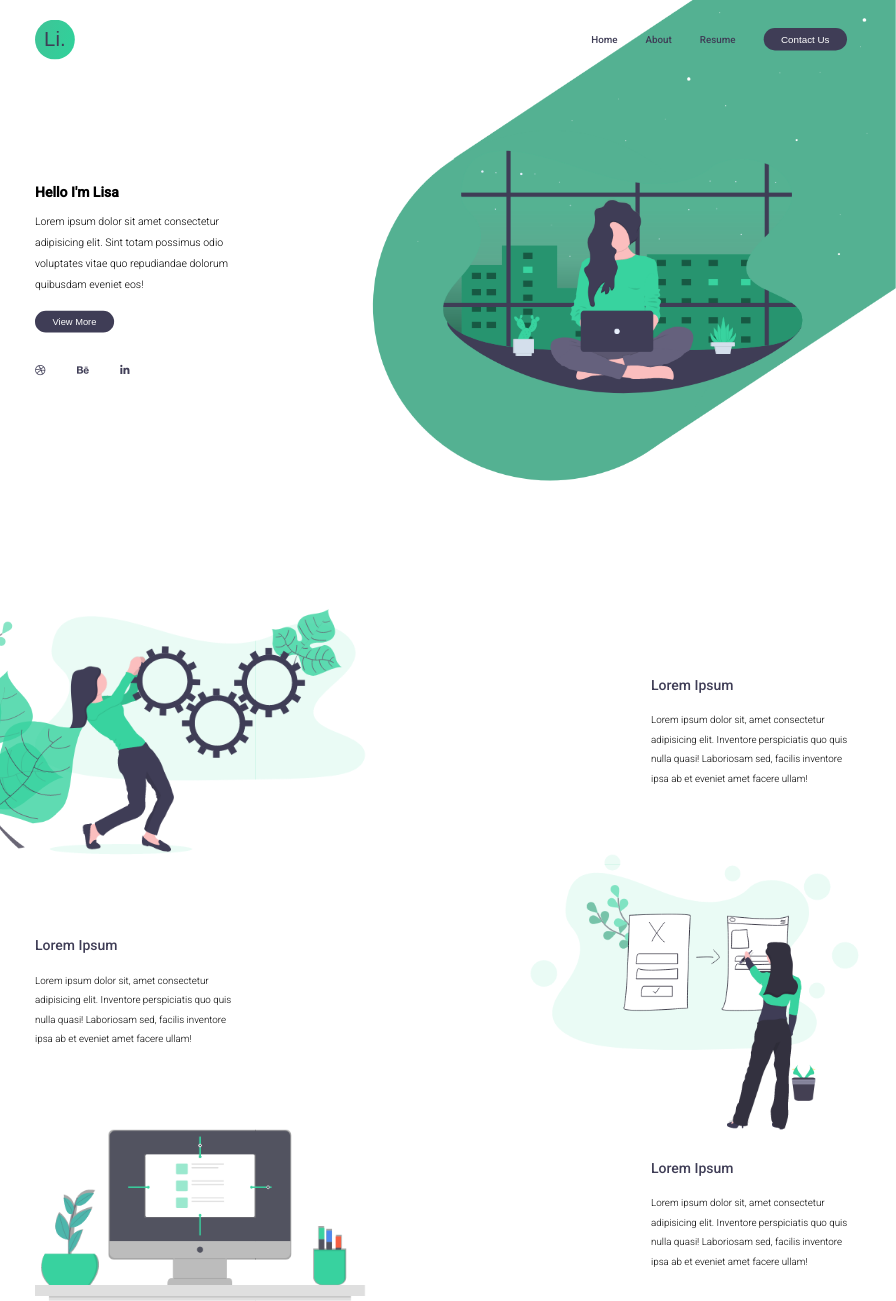
Repository: kebinh1235/porfolio-demo
Page: index.html
The author's editor kept a copy of each file at every save. The page is drawn from the files as they stood at one save, then again after the next save.
The browser window is 1280 px wide. The pictures show the whole page, at 70% of full size.
Some web libraries are served in a nearby version.

Above is the page before, as saved 2021-10-20 16:32:00.

### index.html
<!DOCTYPE html>
<html lang="en">
<head>
  <meta charset="UTF-8">
  <meta http-equiv="X-UA-Compatible" content="IE=edge">
  <meta name="viewport" content="width=device-width, initial-scale=1.0">
  <title>Document</title>
  <!--CSS-->
  <link rel="stylesheet" href="./css/style.css">
</head>
<body>
  <!-- header -->
  <header>
    <div class="container">
      <nav class="navbar">
        <!-- logo -->
        <div class="navbar__logo">
          <img src="./img/logo.svg" alt="Website logo">
        </div>
        <!-- links -->
        <ul class="navbar__list">
          <li class="navbar__item"><a href="#" class="navbar__link">Home</a></li>
          <li class="navbar__item"><a href="#" class="navbar__link">About</a></li>
          <li class="navbar__item"><a href="#" class="navbar__link">Resume</a></li>
          <!-- <li class="navbar__item"><a href="#" class="navbar__link btn navbar__mobile-active">Contact Us</a></li> -->
          <a href="#"><button class="btn navbar__btn">Contact Us</button></a>
        </ul>
        <!-- menu mobile -->
        <div class="navbar__icons">
          <div class="navbar__icon"></div>
        </div>
      </nav>
    </div>
  </header>
  <!-- banner -->
  <section id="banner">
    <div class="container">
      <!-- img -->
      <div class="banner__img">
        <img src="./img/banner-img.png" alt="Of Women">
      </div>
      <!-- heading -->
      <div class="banner__heading">
        <h1>Hello I'm Lisa</h1>
        <p>Lorem ipsum dolor sit amet consectetur adipisicing elit. Sint totam possimus odio voluptates vitae quo repudiandae dolorum quibusdam eveniet eos!</p>
        <a href="#"><button class="btn banner__btn">View More</button></a>
        <div class="banner__social">
          <a href="#"><i class="fab fa-dribbble"></i></a>
          <a href="#"><i class="fab fa-behance"></i></a>
          <a href="#"><i class="fab fa-linkedin-in"></i></a>
        </div>
      </div>
    </div>
  </section>
  <!-- thing to do -->
  <section id="things">
    <div class="container">
      <!-- decoration -->
      <div class="things__dec">
        <img src="./img/things-dec-l.png" alt="">
      </div>
      <div class="things__dec">
        <img src="./img/things-dec-r.png" alt="">
      </div>
      <!-- item 1 -->
      <div class="things__item">
        <!-- img -->
        <img src="./img/things-item-1.png" alt="Of Women">
        <!-- heading -->
        <div class="things__item-heading">
          <span>Lorem Ipsum</span>
          <p>Lorem ipsum dolor sit, amet consectetur adipisicing elit. Inventore perspiciatis quo quis nulla quasi! Laboriosam sed, facilis inventore ipsa ab et eveniet amet facere ullam!</p>
        </div>
      </div>
      <!-- item 2 -->
      <div class="things__item">
        <!-- img -->
        <img src="./img/things-item-2.png" alt="Of Women">
        <!-- heading -->
        <div class="things__item-heading">
          <span>Lorem Ipsum</span>
          <p>Lorem ipsum dolor sit, amet consectetur adipisicing elit. Inventore perspiciatis quo quis nulla quasi! Laboriosam sed, facilis inventore ipsa ab et eveniet amet facere ullam!</p>
        </div>
      </div>
      <!-- item 3 -->
      <div class="things__item">
        <!-- img -->
        <img src="./img/things-item-3.png" alt="Of Women">
        <!-- heading -->
        <div class="things__item-heading">
          <span>Lorem Ipsum</span>
          <p>Lorem ipsum dolor sit, amet consectetur adipisicing elit. Inventore perspiciatis quo quis nulla quasi! Laboriosam sed, facilis inventore ipsa ab et eveniet amet facere ullam!</p>
        </div>
      </div>

    </div>
  </section>
  <!--Font awesome-->
  <script src="https://kit.fontawesome.com/5d1e581bbe.js" crossorigin="anonymous"></script>
  <!--JS-->
  <script src="./js/main.js"></script>
</body>
</html>

### css/style.css
@import url('https://fonts.googleapis.com/css2?family=Roboto:wght@300;500&display=swap');
:root {
  --green: #54B192;
  --green-l: #A4CEC0;
  --gray: #3F3D56;
  --white: #fff;
  --smooth: all .3s linear;
}
* {
  margin: 0;
  padding: 0;
  box-sizing: border-box;
  list-style-type: none;
  text-decoration: none;
}
html {
  scroll-behavior: smooth;
  font-size: 62.5%;
}
body {
  font-family: "Roboto", sans-serif;
}
img {
  max-width: 100%;
  width: 100%;
}
.container {
  max-width: 1200px;
  width: 100%;
  margin: 0 auto;
  padding: 0 10px;
}
.btn {
  text-align: center;
  background: var(--gray);
  color: var(--white);
  padding: .8rem 2.5rem;
  border: none;
  border-radius: 100px;
  cursor: pointer;
  transition: var(--smooth);
}
.btn:hover {
  background: var(--green-l);
  transition: var(--smooth);
}
/*header*/
header {
  position: fixed;
  width: 100%;
}
.navbar {
  display: flex;
  justify-content: space-between;
  align-items: center;
  padding: 20px 0;
}
.navbar__logo {
  width: 57px;
  height: 57px;
  object-fit: cover;
}
.navbar__logo img {
  width: 100%;
}
.navbar__list{
  position: fixed;
  top: 0;
  left: 0;
  bottom: 0;
  background: var(--gray);
  width: 60%;
  max-width: 100%;
  transform: translateX(-100%);
  opacity: 0;
  transition: var(--smooth);
  z-index: 10;
}
.navbar__list.navbar__open {
  transform: translateX(0);
  opacity: 1;
}
.navbar__link{
  padding: 20px;
  font-size: 1.4rem;
  display: block;
  color: var(--white);
}
.navbar__link:hover {
  color: var(--green);
  transition: var(--smooth);
}
.navbar__btn{
  font-size: 1.4rem;
  margin: 20px;
  background: var(--green);
}
/*Menu icon*/
.navbar__icons{
  display: flex;
  justify-content: center;
  align-items: center;
  width: 50px;
  height: 50px;
  cursor: pointer;
  transition: var(--smooth);
  z-index: 10;
}
.navbar__icon{
  width: 40px;
  height: 6px;
  border-radius: 5px;
  background: var(--gray);
  position: relative;
  transition: var(--smooth);
}
.navbar__icon:before,
.navbar__icon:after {
  content: '';
  position: absolute;
  width: 40px;
  height: 6px;
  border-radius: 5px;
  background: var(--gray);
  transition: var(--smooth);
}
.navbar__icon:before {
  transform: translateY(-12px)
}
.navbar__icon:after {
  transform: translateY(12px)
}
/* menu icon animation */
.open .navbar__icon {
  transform: translateX(-50px);
  background: transparent;
}
.open .navbar__icon:before {
  transform: rotate(45deg) translate(35px, -35px);
}
.open .navbar__icon:after {
  transform: rotate(-45deg) translate(35px, 35px);
}
@media screen and (min-width: 992px) {
  .navbar__list {
    display: flex;
    justify-content: flex-end;
    align-items: center;
    transform: translateX(0);
    position: initial;
    opacity: 1;
    background: transparent;
  }
  .navbar__link {
    color: var(--gray);
  }
  .navbar__btn {
    background: var(--gray);
  }
  .navbar__icons {
    display: none;
  }
}

/* banner */
#banner {
  position: relative;
  height: 100vh;
  display: flex;
  align-items: center;
}
.banner__img {
  position: absolute;
  top: 0;
  right: 0;
  z-index: -1;
}
.banner__heading {
  max-width: 300px;
  margin: 0 auto;
  text-align: center;
}
.banner__heading h1 {
  font-size: 2rem;
  padding-top: 4em;
  margin-bottom: .8em;
}
.banner__heading p {
  font-weight: 300;
  line-height: 2em;
  margin-bottom: 1.5em;
  font-size: 1.5rem;
}
.banner__social {
  display: flex;
  align-items: center;
  justify-content: space-evenly;
  margin-top: 3em;
  font-size: 1.5rem;
}
.banner__social a {
  color: var(--gray);
  transition: var(--smooth);
}
.banner__social a:hover {
  color: var(--green-l);
}

@media (min-width: 992px) {
    .banner__img {
      width: 60%;
    }
    .banner__heading {
      text-align: initial;
      margin: 0;
      padding-top: 0;
    }
    .banner__social {
      justify-content: flex-start;
    }
    .banner__social a {
      margin-right: 45px;
    }
}

/* thing to do */
#things {
  position: relative;
  overflow-x: hidden;
  margin-top: 15em;
}
.things__dec {
  position: absolute;
  top: 0;
  left: 0;
  transform: translateX(-60%);
  z-index: -1;
}
.things__item span {
  display: block;
  text-align: center;
  color: var(--gray);
  margin-bottom: .5em;
  font-size: 2rem;
}
.things__item {
  margin: 3em 0;
}
.things__item img {
  padding-bottom: 4em;
}
.things__item--heading {
  text-align: center;
  color: var(--gray);
}
.things__item-heading p {
  max-width: 300px;
  font-weight: 300;
  line-height: 2em;
  margin: 0 auto;
  padding-top: 1em;
  font-size: 1.4rem;
}

@media (min-width: 992px) {
  .things__item {
    display: flex;
    justify-content: space-between;
    align-items: center;
    margin: 0;
  }
  .things__item img {
    width: 40%;
    padding: 0;
  }
  .things__item--heading {
    width: 45%;
    text-align: initial;
  }
  .things__item span {
    text-align: initial;
  }
  .things__item--heading p {
    max-width: 500px;
    margin: 0;
  }
  .things__item:nth-child(even) img {
    order: 2;
    width: 40%;
    padding-bottom: 0;
  }
  .things__item--heading:nth-child(even) {
    order: 1;
    width: 45%;
    text-align: initial;
  }
}

### js/main.js
const menu = document.querySelector('.navbar__list');
const menuIcon = document.querySelector('.navbar__icons')

menuIcon.addEventListener('click', () =>{
  menu.classList.toggle('navbar__open');
  menuIcon.classList.toggle('open');
})

After the next save:
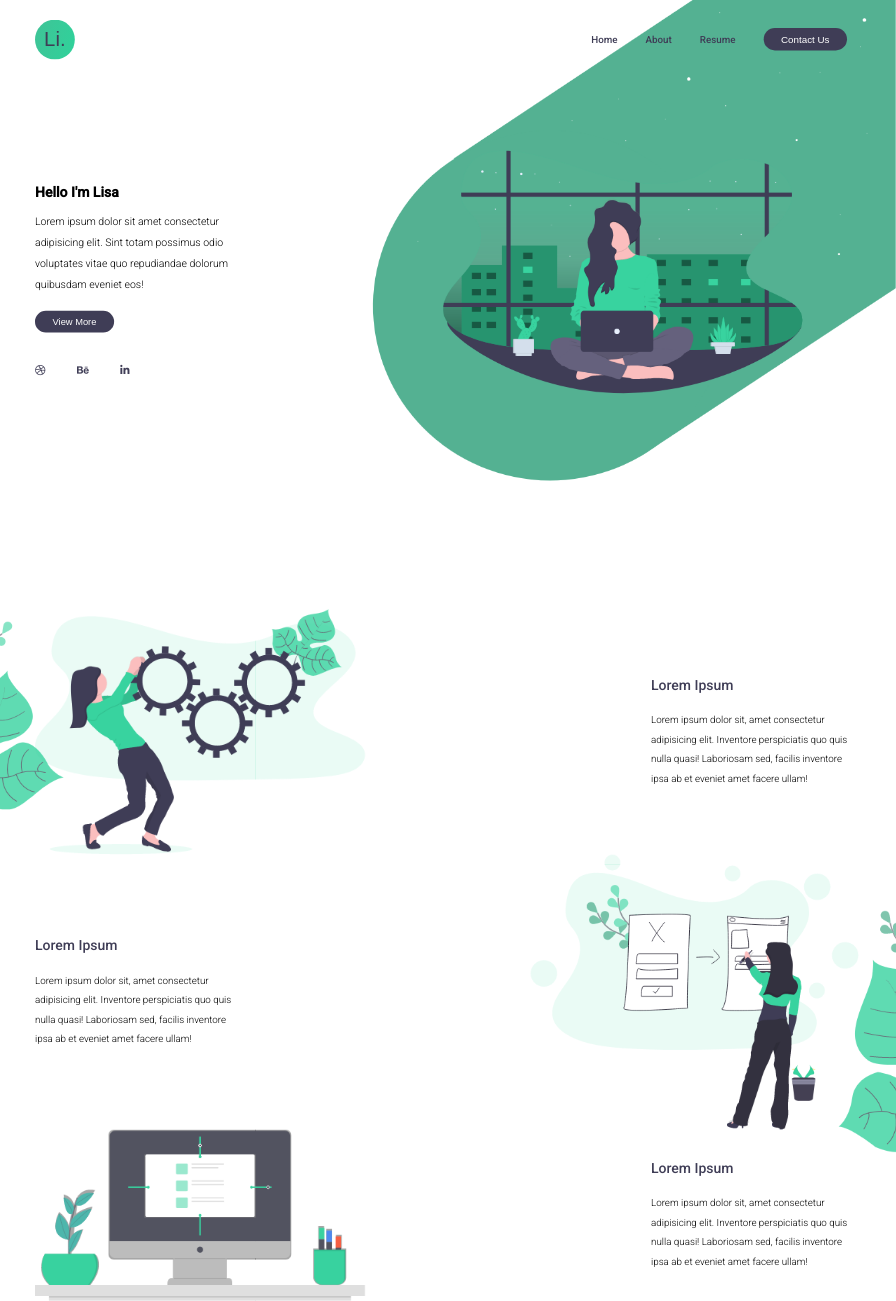
Saved 41 s later.
--- a/css/style.css
+++ b/css/style.css
@@ -236,6 +236,15 @@ header {
   transform: translateX(-60%);
   z-index: -1;
 }
+.things__dec:nth-child(2) {
+  position: absolute;
+  top: initial;
+  left: initial;
+  bottom: 15%;
+  right: 0;
+  transform: translateX(60%);
+  z-index: -1;
+}
 .things__item span {
   display: block;
   text-align: center;
